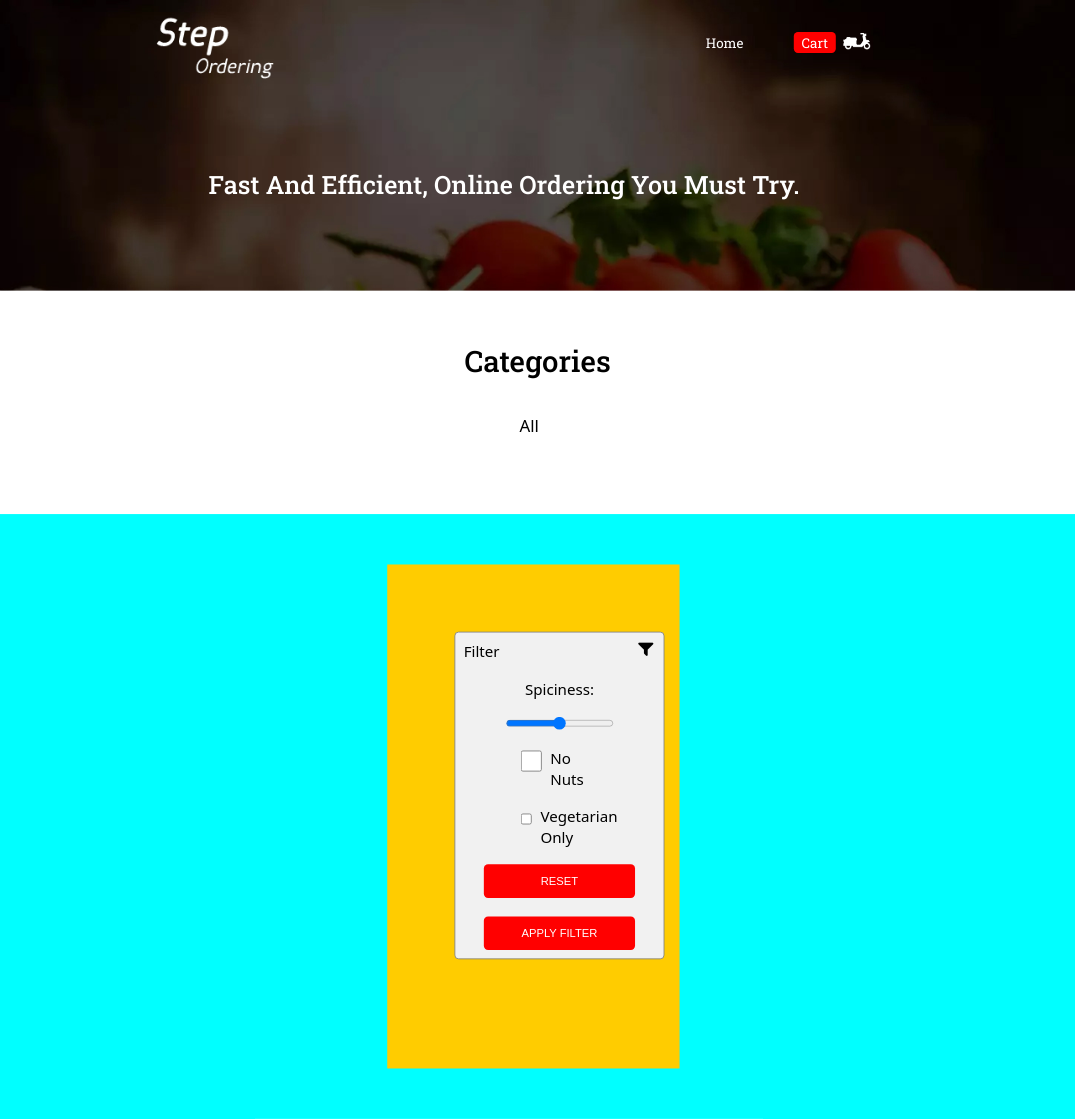
Repository: anastasia29-step/Online-Restaurant
Page: index.html
These files come from the project's save history. The page is drawn as it stood at one moment and after the next save; the edit follows.
The browser window is 1280 px wide. The pictures show the whole page, at 84% of full size.
Some web libraries are served in a nearby version.

Above is the page before, as saved 2026-03-10 15:33:01.
Not found: app.js/

### index.html
<!DOCTYPE html>
<html lang="en">

<head>
    <meta charset="UTF-8">
    <meta name="viewport" content="width=device-width, initial-scale=1.0">
    <title>Document</title>
    <link rel="stylesheet" href="style.css">
    <link rel="preconnect" href="https://fonts.googleapis.com">
    <link rel="preconnect" href="https://fonts.gstatic.com" crossorigin>
    <link href="https://fonts.googleapis.com/css2?family=Roboto+Slab:wght@100..900&display=swap" rel="stylesheet">
    <link rel="stylesheet" href="https://cdnjs.cloudflare.com/ajax/libs/font-awesome/7.0.1/css/all.min.css"
        integrity="sha512-2SwdPD6INVrV/lHTZbO2nodKhrnDdJK9/kg2XD1r9uGqPo1cUbujc+IYdlYdEErWNu69gVcYgdxlmVmzTWnetw=="
        crossorigin="anonymous" referrerpolicy="no-referrer" />
</head>

<body>

    <section class="FirstLine">

    <div class="beside" id="navbar">
        <div class="left">
            <a href="./index.html"><img src="./photo/logo.png" alt=""></a>
        </div>

        <div class="right">
            <a href="./index.html">Home</a>
            <a href="./Cart.html" class="a">Cart</a>
            <a href="./Cart.html">
            <img src="./photo/istockphoto-609074524-612x612 Background Removed.png" alt=""></a>
        </div>
    </div>

    <div class="bottom">
        <h1>Fast And Efficient, Online Ordering You Must Try.</h1>
    </div>

</section>
    <section class="section">
        <h1>Categories</h1>
        <ul>
            <li onclick="showAll()">All</li>
        </ul>
    </section>
    <form class="sectionCard">
        <div class="leftSide">
            <div class="filteredCard">
                <div class="first">
                    <p>Filter</p>
                    <i class="fa-solid fa-filter"></i>
                </div>
                <p>Spiciness:</p>
                <input type="range">
                <div class="next">
                    <input type="checkbox">
                    <p>No Nuts</p>
                </div>
                <div class="next">
                    <input type="checkbox">
                    <p>Vegetarian Only</p>
                </div>
                <button class="reset" onclick="reset()">RESET</button>
                <button class="apply" onclick="apply()">APPLY FILTER</button>
            </div>
        </div>
        <div class="rightSide">

        </div>
    </form>




    <script src="app.js\"></script>
</body>

</html>

### style.css
* {
    margin: 0;
    padding: 0;
    box-sizing: border-box;
}

.section {
    display: flex;
    flex-direction: column;
    justify-content: center;
    align-items: center;
    padding: 60px;
    gap: 10px;
}

.section h1 {
    font-style: bold;
    font-family: "Roboto Slab", serif;
    font-weight: 900;
}

ul {
    display: flex !important;
    justify-content: center;
    height: 90px;
    width: 1110px;
    flex-wrap: wrap;
    list-style: none;
    gap: 20px;
    font-family: system-ui, -apple-system, BlinkMacSystemFont, 'Segoe UI', Roboto, Oxygen, Ubuntu, Cantarell, 'Open Sans', 'Helvetica Neue', sans-serif;
    border-bottom: 3px wavy red;
    align-items: center;
}

ul::after {
    content: "";
    display: block;
    height: 6px;
    background-image: url("border.png");
    background-repeat: repeat-x;
    background-position: bottom;
}

.FirstLine {
    height: 48vh;
    background-image: url(./photo/inner_banner.jpg);
    background-position: center;
    background-repeat: no-repeat;
    background-size: cover;
    padding-left: 170px;
    padding-top: 20px;
}

.beside{
    position: fixed;
    top:0;
    left:0;
    width:100%;
    display:flex;
    justify-content:space-between;
    padding:20px 170px;
    transition:0.3s;
    z-index:1000;
}

.beside.active {
    backdrop-filter: blur(10px);
    background: rgba(0,0,0,0.5);
    position: relative;
}

.beside.active::after {
    content:"";
    position:absolute;
    bottom:0;
    left:0;
    width:100%;
    height:6px;
    background-image:url("photo/border.png");
    background-repeat:repeat-x;
}

.beside .right {
    display: flex;
    gap: 20px;
    padding-right: 60px;
    padding-top: 20px;
}

.FirstLine .right :first-child:hover {
    color: #FFCC00;
}

.beside .right a {
    text-decoration: none;
    color: white;
    font-family: "Roboto Slab", serif;
}

.beside .right .a {
    background-color: red;
    width: 50px;
    height: 25px;
    padding-top: 2px;
    text-align: center;
    border-radius: 5px;
    margin-top: -2px;
    margin-left: 40px;
}

.beside .right .a:hover+a img {
    transform: translateX(50px);
}

.beside .right img {
    width: 60px;
    margin-top: -21px;
    margin-left: -25px;
    transition: transform 3.0s;
}

.FirstLine .bottom h1 {
    text-align: center;
    color: white;
    margin-top: 180px;
    margin-right: 250px;
    font-size: 30px;
    font-weight: 500;
    font-family: "Roboto Slab", serif;
}

.section h1 {
    font-weight: 500;
    font-size: 35px;
}

ul li {
    height: 100%;
    font-size: 20px;
    cursor: pointer;
    transition: 0.3s;
    display: flex;
    justify-content: center;
    align-items: center;

}

ul li:hover {
    background-color: red;
    color: white;

}

.sectionCard {
    display: flex;
    width: 100%;
    height: 100vh;
    padding: 60px;
    gap: 10px;
    justify-content: center;
    background-color: aqua;
}
.leftSide{
    width: 30%;
    padding: 80px;
    background-color: #FFCC00;
}
.filteredCard {
    width: 250px;
    height: 390px;
    display: flex;
    flex-direction: column;
    justify-content: space-between;
    align-items: center;
    padding: 10px;
    background-color: #F1F1F1;
    border: 1px solid grey;
    border-radius: 5px;
    font-family: system-ui, -apple-system, BlinkMacSystemFont, 'Segoe UI', Roboto, Oxygen, Ubuntu, Cantarell, 'Open Sans', 'Helvetica Neue', sans-serif;
    font-size: 18px;
}

.first {
    display: flex;
    width: 100%;
    justify-content: space-between;
}

.next {
    display: flex;
    width: 40%;
    gap: 10px;
    justify-content: flex-start;
}

.next input {
    width: 30px;
    height: 30px;
}

.filteredCard button {
    height: 40px;
    width: 180px;
    background-color: red;
    color: white;
    border: none;
    border-radius: 5px;
    cursor: pointer;
    transition: 0.5s;
}

.filteredCard button:hover {
    background-color: #FFCC00;
}

.rightSide {
    display: flex;
    justify-content: center;
    flex-wrap: wrap;
    gap: 30px;
    background-color: red;
}

.card {
    width: 270px;
    height: 420px;
    display: flex;
    flex-direction: column;
    align-items: center;
    justify-content: space-between;
    padding-bottom: 15px;
    border: 1px solid grey;
    border-radius: 17px;
}

.card img {
    width: 100%;
    height: 200px;
    object-fit: cover;
    border-top-left-radius: 17px;
    border-top-right-radius: 17px;
    background-color:#CFCFCF;
}
.card h1{
    font-size: 20px;
    font-family: system-ui, -apple-system, BlinkMacSystemFont, 'Segoe UI', Roboto, Oxygen, Ubuntu, Cantarell, 'Open Sans', 'Helvetica Neue', sans-serif;
}
.sides {
    display: flex;
    justify-content: center;
    gap: 7px;
}

.checks {
    display: flex;
    gap: 3px;
}

.card .bottom {
    width: 100%;
    padding: 10px;
    display: flex;
    justify-content: space-between;
    align-items: center;
}

.card .bottom button {
    height: 40px;
    width: 120px;
    display: flex;
    justify-content: center;
    align-items: center;
    border: 1px solid black;
}

After the next save:
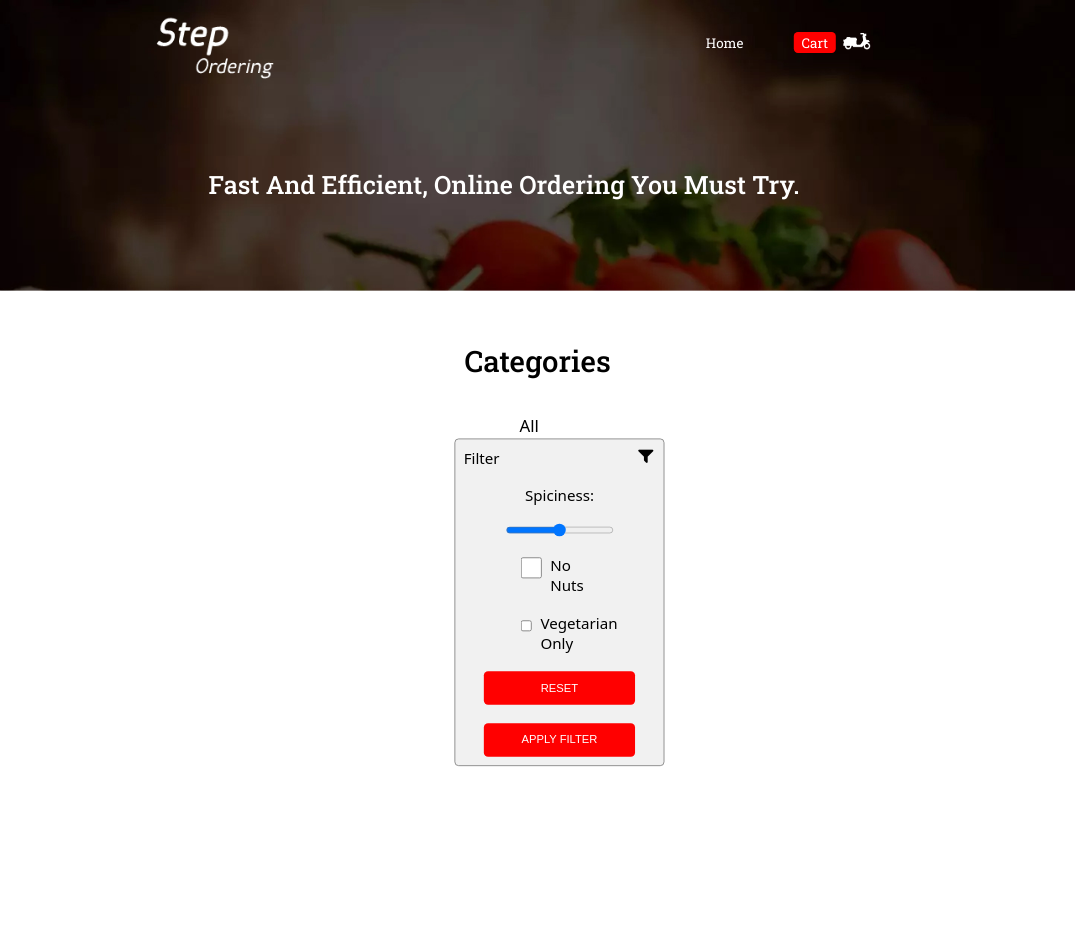
Saved 7 min 29 s later.
--- a/style.css
+++ b/style.css
@@ -158,12 +158,11 @@ ul li:hover {
     padding: 60px;
     gap: 10px;
     justify-content: center;
-    background-color: aqua;
+    margin-top: -230px;
 }
 .leftSide{
     width: 30%;
     padding: 80px;
-    background-color: #FFCC00;
 }
 .filteredCard {
     width: 250px;
@@ -218,7 +217,6 @@ ul li:hover {
     justify-content: center;
     flex-wrap: wrap;
     gap: 30px;
-    background-color: red;
 }
 
 .card {
